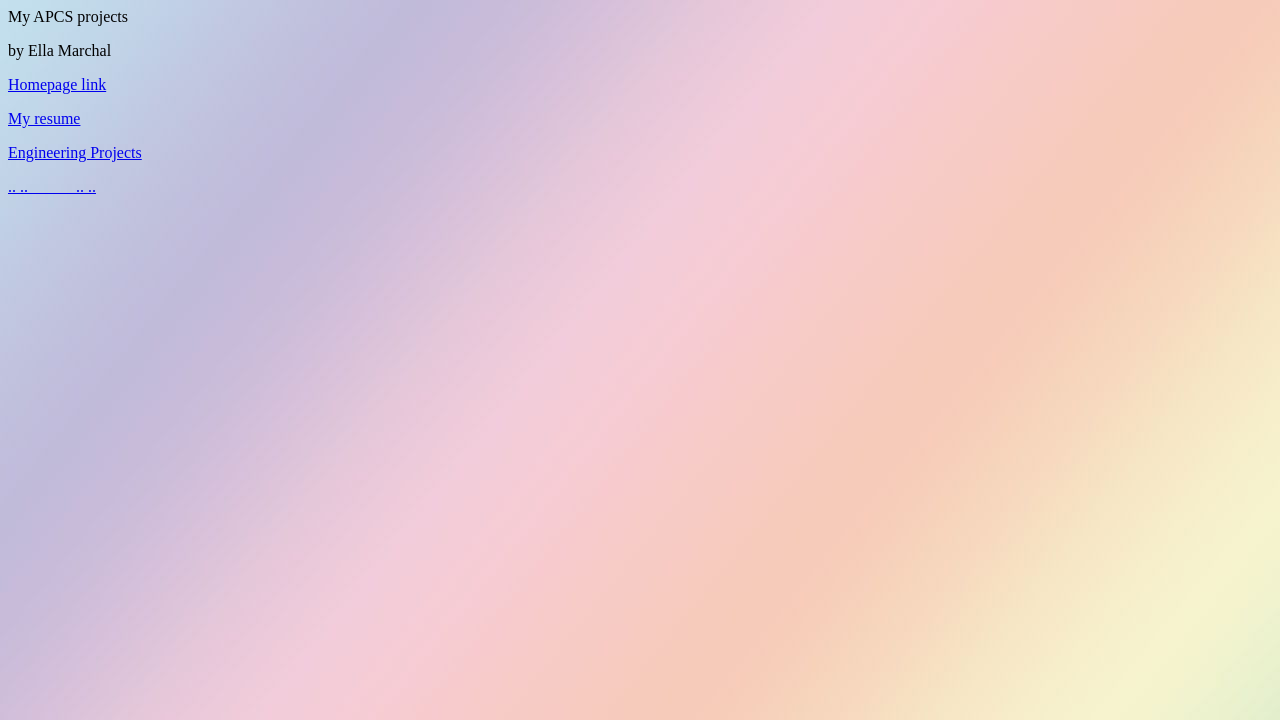
Repository: ella-m/ella-m.github.io
Page: apcs.html
The author's editor kept a record of every edit. The page is drawn from the files as they stood at one moment, then again after the next edit.
The browser window is 1280 px wide. The pictures show the whole page.

Above is the page before.

### apcs.html
<!DOCTYPE html>
<html>
<style>
body {
  background-image: url('images/websiteback.jpg');
}
</style>

<head>
<title>Title Page</title>
</head>
<body>

</h5>My APCS projects</h5>
<p>by Ella Marchal</p>


<p><a href="index.html" target="_blank">Homepage link</p>

<p><a href="Resume.html" target="_blank">My resume</p>

<p><a href="eap.html" target="_blank">Engineering Projects</p>

<p>..    .. _____ ..   ..</p>

</body>
</html>

After the next edit:
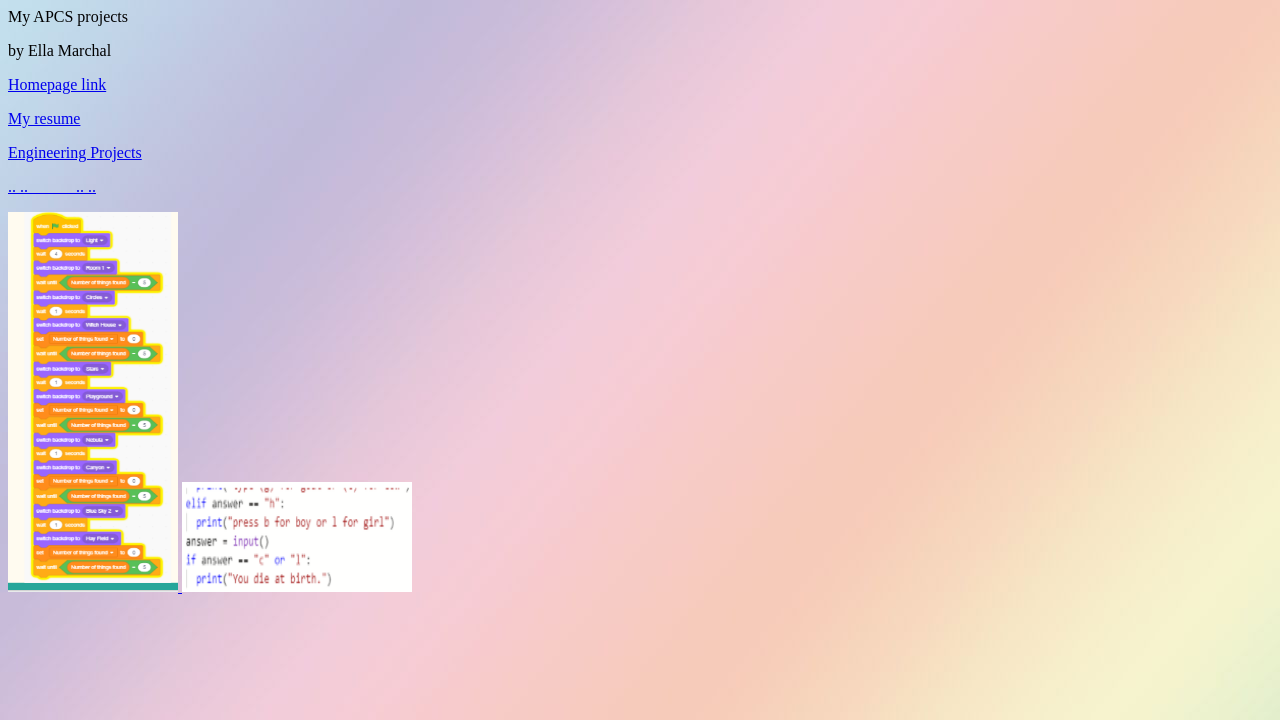
The edit:
--- a/apcs.html
+++ b/apcs.html
@@ -23,5 +23,9 @@
 
 <p>..    .. _____ ..   ..</p>
 
+<img src="images/snip-scratch.PNG" alt="scratch code" width="170" height="380">
+
+<img src="images/snip-code.PNG" alt="python code" width="230" height="110">
+
 </body>
 </html>
